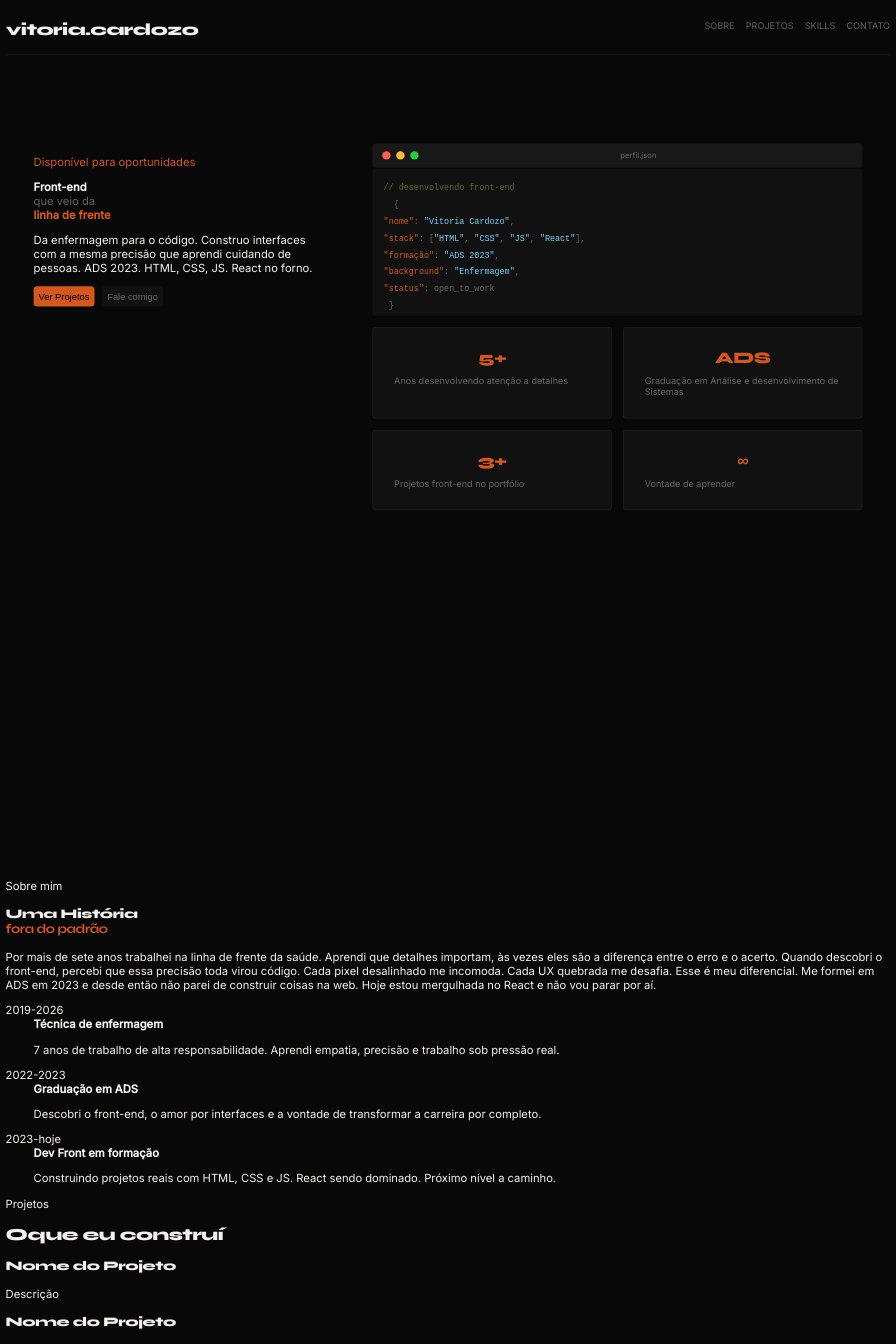
Repository: Bitroia/Portifolio
Page: index.html
These files come from the project's save history. The page is drawn as it stood at one moment and after a run of saves; the edit follows.
The browser window is 1280 px wide. The pictures show the part of the page from y = 0 to 1920 px (the page is 2899 px tall), at 70% of full size.
Some web fonts or font styles are not loaded; a fallback is used.

Above is the page before, as saved 2026-04-29 19:10:17.

### index.html
<!doctype html>
<html lang="pt-br">
  <head>
    <meta charset="UTF-8" />
    <meta name="viewport" content="width=device-width, initial-scale=1.0" />
    <link rel="stylesheet" href="styles/style.css" />
    <script src="scripts/script.js" defer></script>
    <link
      href="https://fonts.googleapis.com/css2?family=Syne:wght@400;700;800&family=Inter:wght@300;400;500&display=swap"
      rel="stylesheet"
    />
    <link
      href="https://fonts.googleapis.com/css2?family=Syne:wght@400;700;800&family=Syne+Mono&family=Inter:wght@300;400;500&display=swap"
      rel="stylesheet"
    />
    <title>Meu portifólio</title>
  </head>
  <body>
    <header>
      <nav id="nav-container">
        <h2>vitoria.cardozo</h2>
        <ul id="ul-container">
          <li><a href="#">SOBRE</a></li>
          <li><a href="#">PROJETOS</a></li>
          <li><a href="#">SKILLS</a></li>
          <li><a href="#">CONTATO</a></li>
        </ul>
      </nav>
    </header>
    <main>
      <section id="sections-container">
        <section id="introduction-section">
          <p class="avaible-p">Disponível para oportunidades</p>
          <span class="line-1">Front-end</span>
          <span class="line-2">que veio da</span>
          <span class="accent">linha de frente</span>
          <p>
            Da enfermagem para o código. Construo interfaces <br />
            com a mesma precisão que aprendi cuidando de <br />
            pessoas. ADS 2023. HTML, CSS, JS. React no forno.
          </p>
          <button id="projects-btn">Ver Projetos</button>
          <button id="talk-to-me-btn">Fale comigo</button>
        </section>
        <section id="secondary-section">
          <div id="info-container">
            <div class="terminal-bar">
              <span class="dot red"></span>
              <span class="dot yellow"></span>
              <span class="dot green"></span>
              <span class="terminal-title">perfil.json</span>
            </div>
            <div id="code-info-container">
              <pre><code><span class="t-comment">// desenvolvendo front-end</span>
  {
<span class="t-key">"nome"</span>: <span class="t-str">"Vitoria Cardozo"</span>,
<span class="t-key">"stack"</span>: [<span class="t-str">"HTML"</span>, <span class="t-str">"CSS"</span>, <span class="t-str">"JS"</span>, <span class="t-str">"React"</span>],
<span class="t-key">"formação"</span>: <span class="t-str">"ADS 2023"</span>,
<span class="t-key">"background"</span>: <span class="t-str">"Enfermagem"</span>,
<span class="t-key">"status"</span>: <span class="t-const">open_to_work</span>
 }
              </code></pre>
            </div>
          </div>
          <ul class="mini-cards-container">
            <li class="mini-card">
              <span class="num">5+</span>
              <span class="label">Anos desenvolvendo atenção a detalhes</span>
            </li>
            <li class="mini-card">
              <span class="num">ADS</span>
              <span class="label">Graduação em Análise e desenvolvimento de Sistemas</span>
            </li>
            <li class="mini-card">
              <span class="num">3+</span>
              <span class="label">Projetos front-end no portfólio</span>
            </li>
            <li class="mini-card">
              <span class="num">&#8734;</span>
              <span class="label">Vontade de aprender</span>
            </li>
          </ul>
        </section>
      </section>
      <section id="about-me-section">
        <section id="history-section">
          <span class="title">Sobre mim</span>
          <h1 class="broke-line">
            Uma História <span class="accent">fora do padrão</span>
          </h1>
          <p>
            Por mais de sete anos trabalhei na linha de frente da saúde. Aprendi
            que detalhes importam, às vezes eles são a diferença entre o erro e
            o acerto. Quando descobri o front-end, percebi que essa precisão
            toda virou código. Cada pixel desalinhado me incomoda. Cada UX
            quebrada me desafia. Esse é meu diferencial. Me formei em ADS em
            2023 e desde então não parei de construir coisas na web. Hoje estou
            mergulhada no React e não vou parar por aí.
          </p>
        </section>
        <section id="experiences-section">
          <dl class="experiences-list">
            <dt class="date-exp">2019-2026</dt>
            <dd class="desc-exp">
              <strong>Técnica de enfermagem</strong>
              <p>
                7 anos de trabalho de alta responsabilidade. Aprendi empatia,
                precisão e trabalho sob pressão real.
              </p>
            </dd>
            <dt class="date-exp">2022-2023</dt>
            <dd class="desc-exp">
              <strong>Graduação em ADS</strong>
              <p>
                Descobri o front-end, o amor por interfaces e a vontade de
                transformar a carreira por completo.
              </p>
            </dd>
            <dt class="date-exp">2023-hoje</dt>
            <dd class="desc-exp">
              <strong>Dev Front em formação</strong>
              <p>
                Construindo projetos reais com HTML, CSS e JS. React sendo
                dominado. Próximo nível a caminho.
              </p>
            </dd>
          </dl>
        </section>
      </section>
      <section id="projects-section">
        <span class="title">Projetos</span>
        <h2>Oque eu construí</h2>
        <article class="project-card">
          <h3>Nome do Projeto</h3>
          <p>Descrição</p>
        </article>
        <article class="project-card">
          <h3>Nome do Projeto</h3>
          <p>Descrição</p>
        </article>
        <article class="project-card">
          <h3>Nome do Projeto</h3>
          <p>Descrição</p>
        </article>
      </section>
      <section id="skills-section">
        <span class="title">Habilidades</span>
        <h1>Minha stack</h1>
        <article class="stack-card">
          <h3>Front-end</h3>
          <ul class="stack-ul">
            <li>HTML5 semântico</li>
            <li>CSS3/Grid/Flex</li>
            <li>JavaScript</li>
            <li>React (iniciante)</li>
          </ul>
        </article>
        <article class="stack-card">
          <h3>Ferramentas</h3>
          <ul class="stack-ul">
            <li>Git & GitHub</li>
            <li>VS Code</li>
            <li>Figma Básico</li>
            <li>DevTools</li>
          </ul>
        </article>
        <article class="stack-card">
          <h3>Aprendendo</h3>
          <ul class="stack-ul">
            <li>React Hooks</li>
            <li>Node.js</li>
            <li>Testes</li>
          </ul>
        </article>
        <article class="stack-card">
          <h3>Diferenciais</h3>
          <ul class="stack-ul">
            <li>Atenção a detalhes</li>
            <li>Empatia com usuário</li>
            <li>Alta pressão</li>
          </ul>
        </article>
      </section>
      <section id="finish-section">
        <span class="title">Contato</span>
        <h1>
          Vamos trabalhar
          <span class="accent">juntos?</span>
        </h1>
        <p>
          Aberta a oportunidades, freelas e parcerias. Manda uma mensagem,
          responderei rápido.
        </p>
        <a href="#" class="contact-link">meuemail@email.com</a>
        <a href="#" class="contact-link">in/ LinkedIn</a>
        <a href="#" class="contact-link">gh/ GitHub</a>
      </section>
    </main>
    <footer>
      <p>Data, meu nome</p>
      <p>built with HTML, CSS & determinação</p>
    </footer>
  </body>
</html>

### styles/style.css
:root {
  --fundo-geral: #090808;
  --fundo-cards: #111111;
  --hovers: #d8b5b5;
  --text: #f5f0ee;
  --second-text: #f5f0ee61;
  --dark-text: #050202;
  --accent: #d4571e;
  --accent-hover: #d4581ea9;
  --border: #f5f0ee12;
  --t-str: #7dd3fc;
  --t-comment: #5a6a1f;
  --font-title: "Syne", sans-serif;
  --font-body: "Inter", sans-serif;
}

* {
  padding: 0;
}

h1,
h2,
h3 {
  font-weight: 800;
  letter-spacing: -0.03em;
  color: var(--text);
  font-family: var(--font-title);
}

body {
  background-color: var(--fundo-geral);
  color: var(--text);
  font-family: var(--font-body);
  font-weight: 400;
}

/* Header */

header {
  border-bottom: 1px solid var(--border);
}

#nav-container {
  display: flex;
  justify-content: space-between;
  padding: 0.5px;
}

#ul-container {
  display: flex;
  list-style: none;
  gap: 1rem;
}

#ul-container a {
  text-decoration: none;
  color: var(--second-text);
  font-size: 13px;
  transition: 0.5s;
}

#ul-container a:hover {
  color: var(--hovers);
}

/* Apresentação */

.line-1 {
  color: var(--text);
  display: block;
  font-weight: bold;
  te
}

.line-2 {
  color: var(--second-text);
  display: block;
}

.accent {
  color: var(--accent);
  display: block;
  font-weight: bold;
}

.avaible-p {
  color: var(--accent);
}

/* Cards */

#info-container {
  display: flex;
  flex-direction: column;
  width: 700px;
  border-radius: 5px;
}

.terminal-bar {
  display: flex;
  gap: 8px;
  align-items: center;
  padding: 10px 14px;
  background-color: #181818;
  border-bottom: 2px solid var(--fundo-cards);
  border-radius: 5px;
  margin-bottom: 0;
}

.dot {
  width: 12px;
  height: 12px;
  border-radius: 50%;
}

.dot.red {
  background-color: #ff5f57;
}
.dot.yellow {
  background: #ffbd2e;
}
.dot.green {
  background: #28c840;
}

.terminal-title {
  font-family: var(--font-mono);
  font-size: 11px;
  color: var(--second-text);
  margin: 0 auto;
}

#code-info-container {
  color: var(--second-text);
  background-color: var(--fundo-cards);
  border-radius: 3px;
  font-size: 12px;
  line-height: 2;
  height: 210px;
}

#code-info-container pre {
  margin: 0;
  padding: 1rem;
  white-space: pre; /* mantém a formatação do código */
  max-width: 100%; /* não vaza do pai */
}

.t-comment {
  color: var(--t-comment);
}

.t-key {
  color: var(--accent);
}

.t-str {
  color: var(--t-str);
}
/* Sessões */

#introduction-section {
  width: 700px;
  left: 50%;
}

#secondary-section {
  width: 700px;
  height: 550px;
  right: 50%;
}

.mini-cards-container {
  display: grid;
  grid-template-columns: repeat(2,1fr);
  gap: 16px;
  width: 700px;
}

.mini-card {
  display: flex;
  border: 1px solid var(--border);
  padding: 30px;
  list-style: none;
  text-align: center;
  flex-direction: column;
  border-radius: 5px;
  flex: 0 0 calc(50% - 8px);
  background-color: var(--fundo-cards);
}

.num {
  color: var(--accent);
  font-family: var(--font-title);
  font-size: 23px;
  font-weight: 800;
  letter-spacing: -0.03em;
  margin-bottom: 5px;
}

.mini-card .label {
  color: var(--second-text);
  text-align: left;
  margin-top: 5px;
  font-size: 13px;
}

#sections-container {
  display: flex;
  justify-content: space-between;
  margin-top: 10%;
  padding: 0 40px;
}

#introduction-section p {
  justify-self: left;
  display: block;
}

#about-me-section {
  margin-top: 500px;
}

/* Botões */

#projects-btn {
  background-color: var(--accent);
  padding: 7px;
  border-radius: 5px;
  border: none;
  color: var(--dark-text);
}

#talk-to-me-btn {
  background-color: var(--fundo-cards);
  padding: 7px;
  border-radius: 3px;
  border: var(--border);
  color: var(--second-text);
  margin-left: 7px;
}

#projects-btn:hover {
  background-color: var(--accent-hover);
}

Loaded but not shown: scripts/script.js (no stored copy; drawn as an empty file)

After the next 4 saves:
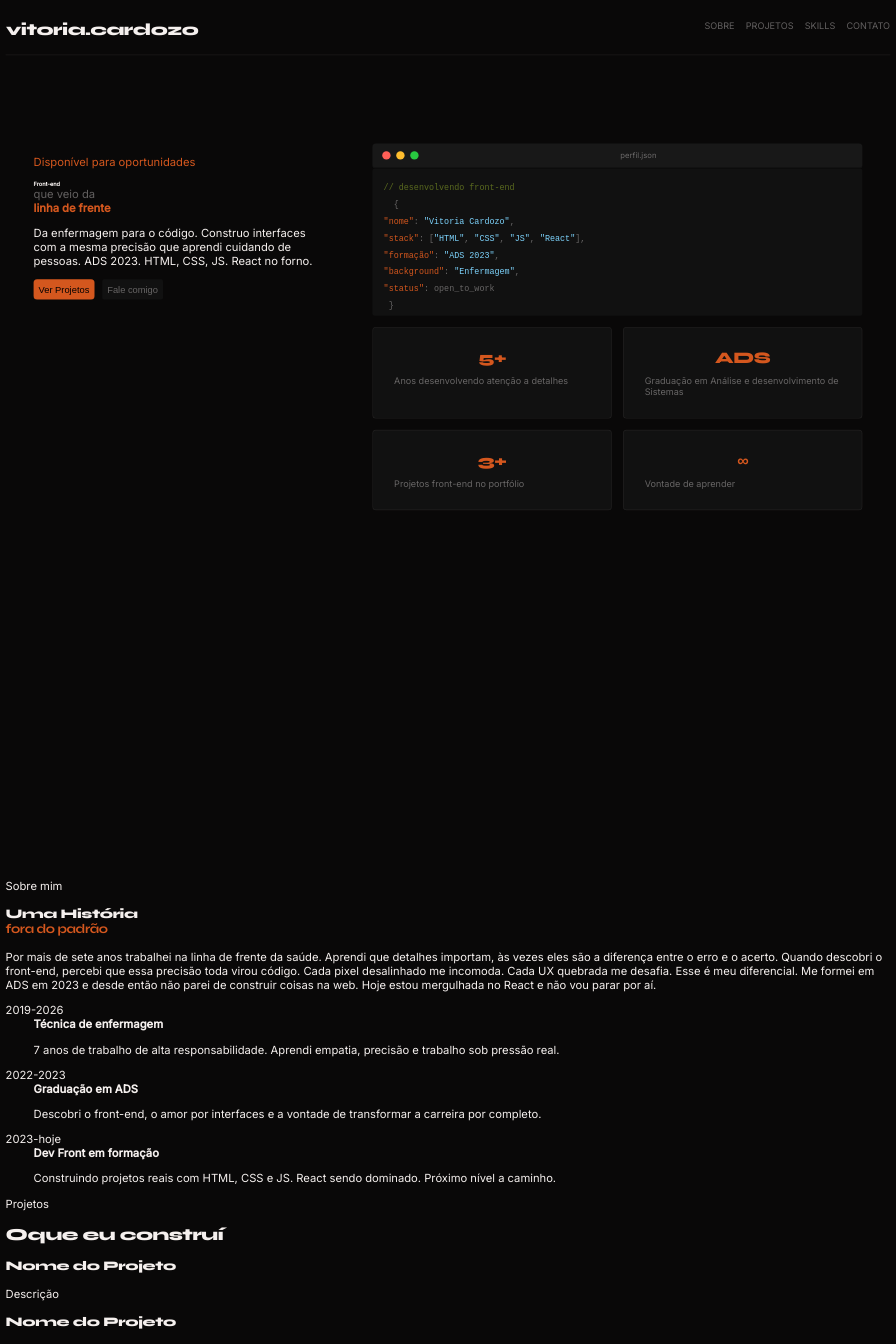
The 4 saves are shown as one change because they came seconds apart.
The last was saved 12 s later.
--- a/styles/style.css
+++ b/styles/style.css
@@ -69,7 +69,7 @@
   color: var(--text);
   display: block;
   font-weight: bold;
-  te
+  font-size: 50%;
 }
 
 .line-2 {
